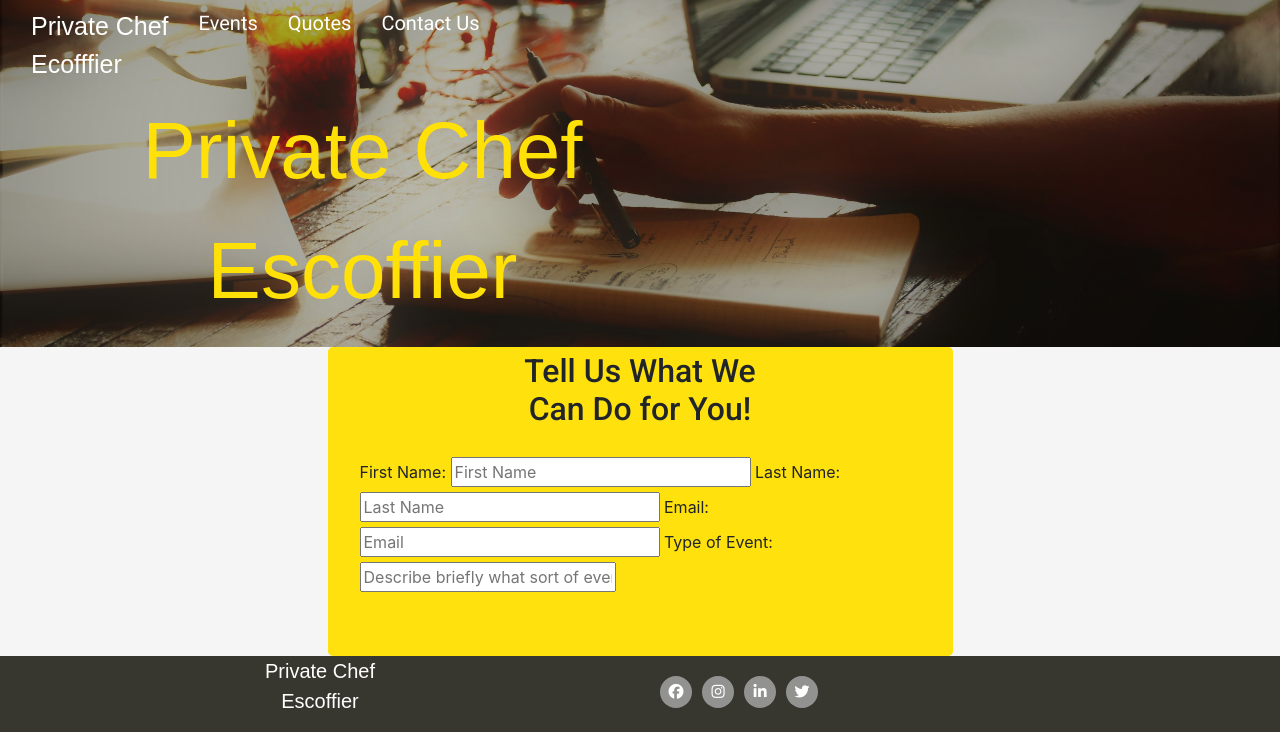
Repository: Mrsebastino/First-Milestone
Page: contact.html
The author's editor kept a record of every edit. The page is drawn from the files as they stood at one moment, then again after the next edit.
The browser window is 1280 px wide. The pictures show the whole page.
Some web fonts or font styles are not loaded; a fallback is used. Some web libraries are served in a nearby version.

Above is the page before.

After the next edit:
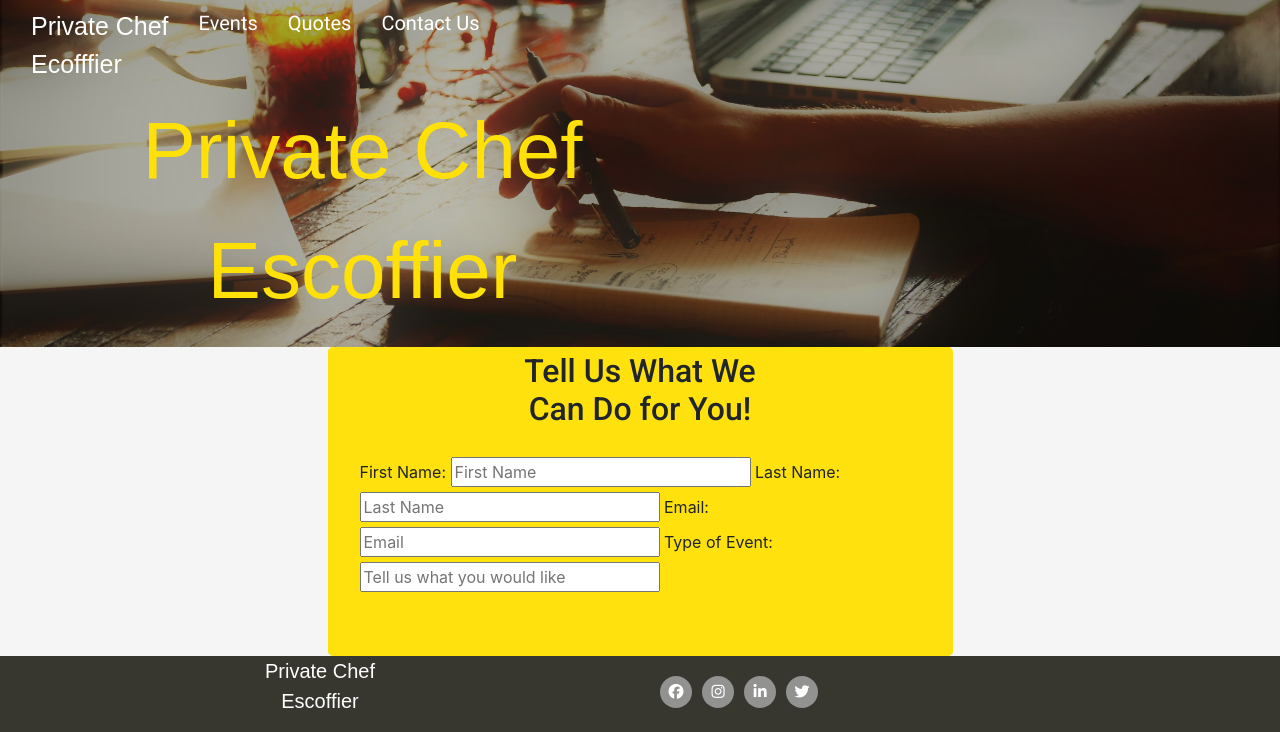
The edit:
--- a/contact.html
+++ b/contact.html
@@ -66,7 +66,7 @@
                         <label class="label" for="email">Email:</label>
                         <input style="width: 300px;" id="email" name="email" type="email" placeholder="Email" checked>
                         <label class="label" for="event">Type of Event:</label>
-                        <input id="event-text-area" name="event" type="text" placeholder="Describe briefly what sort of event you would like">
+                        <input style="width: 300px;" id="event-text-area" name="event" type="text" placeholder="Tell us what you would like">
                     </div>
                 </form>
             </div>
